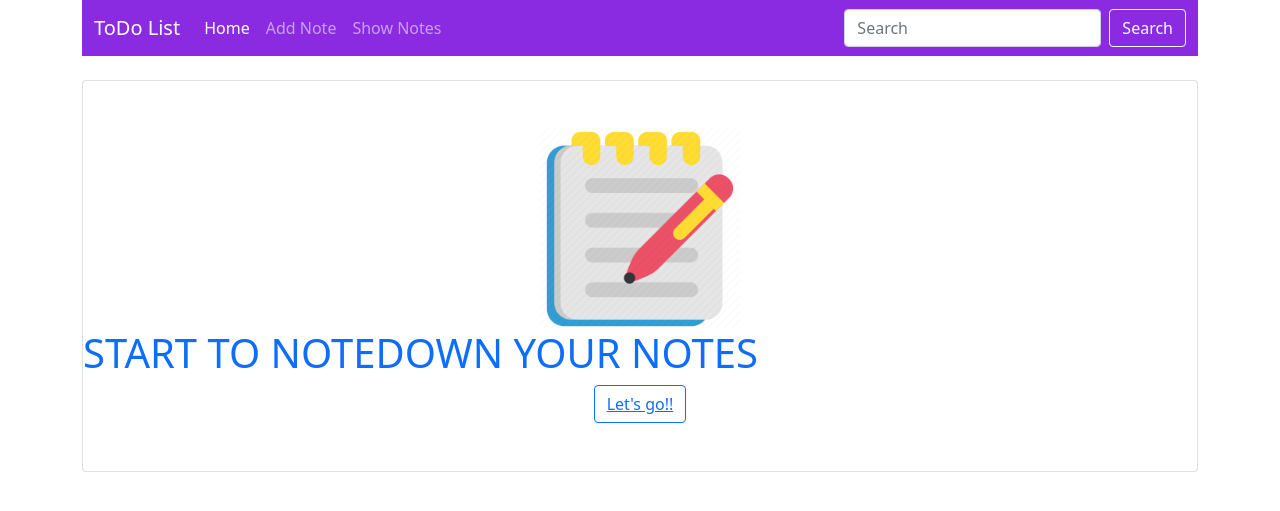
Repository: VishalSalvi17/Hibernate
Page: http://localhost/ToDoList/
The author's editor kept a copy of each file at every save. The page is drawn from the files as they stood at one save, then again after the next save.
The browser window is 1280 px wide. The pictures show the whole page.
Some web libraries are served in a nearby version. The page is served by Tomcat 9. Other server files are loaded and not shown.

Above is the page before, as saved 2023-03-17 07:15:23.

### ToDoList/src/main/webapp/index.jsp
<!doctype html>
<html lang="en">
<head>
<!-- Required meta tags -->
<meta charset="utf-8">
<meta name="viewport" content="width=device-width, initial-scale=1">

<title>TODO List : Home Page</title>
<%@include file="all_js_css.jsp"%>
<link rel="stylesheet"
	href="https://cdnjs.cloudflare.com/ajax/libs/font-awesome/6.3.0/css/all.min.css"
	integrity="sha512-SzlrxWUlpfuzQ+pcUCosxcglQRNAq/DZjVsC0lE40xsADsfeQoEypE+enwcOiGjk/bSuGGKHEyjSoQ1zVisanQ=="
	crossorigin="anonymous" referrerpolicy="no-referrer" />
</head>
<body>
	<div class="container">
		<%@include file="navbar.jsp"%>
		<br>
		<div class="card py-5">
		<img alt="" class = "img-fluid mx-auto" width=200px src="img/notebook.webp" >
		<!-- <i class="fa-solid fa-envelope"></i>-->
		<h1 class = "text-primary text-uppercase">Start to notedown your notes</h1>
		<div class="container text-center">
			<button class="btn btn-outline-primary text-center"><a href = "addnote.jsp">Let's go!!</a></button>
		</div>

		</div>
	</div>
</body>
</html>

### ToDoList/src/main/webapp/all_js_css.jsp
<!-- Bootstrap CSS -->
<link
	href="https://cdn.jsdelivr.net/npm/bootstrap@5.0.2/dist/css/bootstrap.min.css"
	rel="stylesheet"
	integrity="sha384-EVSTQN3/azprG1Anm3QDgpJLIm9Nao0Yz1ztcQTwFspd3yD65VohhpuuCOmLASjC"
	crossorigin="anonymous">

<!-- style path-->
<link href="css/style.css" rel="stylesheet">

<!-- Option 1: Bootstrap Bundle with Popper -->
<script
	src="https://cdn.jsdelivr.net/npm/bootstrap@5.0.2/dist/js/bootstrap.bundle.min.js"
	integrity="sha384-MrcW6ZMFYlzcLA8Nl+NtUVF0sA7MsXsP1UyJoMp4YLEuNSfAP+JcXn/tWtIaxVXM"
	crossorigin="anonymous"></script>

<!-- Option 2: Separate Popper and Bootstrap JS -->
<script
	src="https://cdn.jsdelivr.net/npm/@popperjs/core@2.9.2/dist/umd/popper.min.js"
	integrity="sha384-IQsoLXl5PILFhosVNubq5LC7Qb9DXgDA9i+tQ8Zj3iwWAwPtgFTxbJ8NT4GN1R8p"
	crossorigin="anonymous"></script>
<script
	src="https://cdn.jsdelivr.net/npm/bootstrap@5.0.2/dist/js/bootstrap.min.js"
	integrity="sha384-cVKIPhGWiC2Al4u+LWgxfKTRIcfu0JTxR+EQDz/bgldoEyl4H0zUF0QKbrJ0EcQF"
	crossorigin="anonymous"></script>

### ToDoList/src/main/webapp/navbar.jsp
<nav class="navbar navbar-expand-lg navbar-dark blue">
  <div class="container-fluid">
    <a class="navbar-brand" href="index.jsp">ToDo List</a>
    <button class="navbar-toggler" type="button" data-bs-toggle="collapse" data-bs-target="#navbarSupportedContent" aria-controls="navbarSupportedContent" aria-expanded="false" aria-label="Toggle navigation">
      <span class="navbar-toggler-icon"></span>
    </button>
    <div class="collapse navbar-collapse" id="navbarSupportedContent">
      <ul class="navbar-nav me-auto mb-2 mb-lg-0">
        <li class="nav-item">
          <a class="nav-link active" aria-current="page" href="index.jsp">Home</a>
        </li>
        <li class="nav-item">
          <a class="nav-link" href="addnote.jsp">Add Note</a>
        </li>
        <li class="nav-item">
          <a class="nav-link" href="all_notes.jsp" tabindex="-1">Show Notes</a>
        </li>
      </ul>
      <form class="d-flex">
        <input class="form-control me-2" type="search" placeholder="Search" aria-label="Search">
        <button class="btn btn-outline-light" type="submit">Search</button>
      </form>
    </div>
  </div>
</nav>

### ToDoList/src/main/webapp/css/style.css
.blue{
	background:#8A2BE2;
}

After the next save:
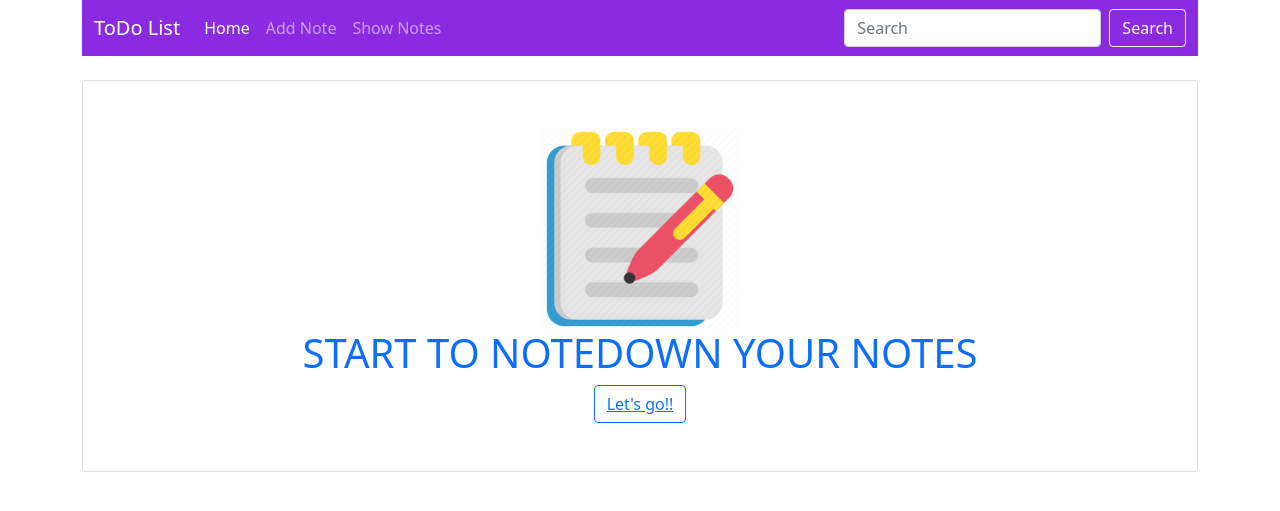
Saved 23 s later.
--- a/ToDoList/src/main/webapp/index.jsp
+++ b/ToDoList/src/main/webapp/index.jsp
@@ -19,7 +19,7 @@
 		<div class="card py-5">
 		<img alt="" class = "img-fluid mx-auto" width=200px src="img/notebook.webp" >
 		<!-- <i class="fa-solid fa-envelope"></i>-->
-		<h1 class = "text-primary text-uppercase">Start to notedown your notes</h1>
+		<h1 class = "text-primary text-uppercase text-center">Start to notedown your notes</h1>
 		<div class="container text-center">
 			<button class="btn btn-outline-primary text-center"><a href = "addnote.jsp">Let's go!!</a></button>
 		</div>
